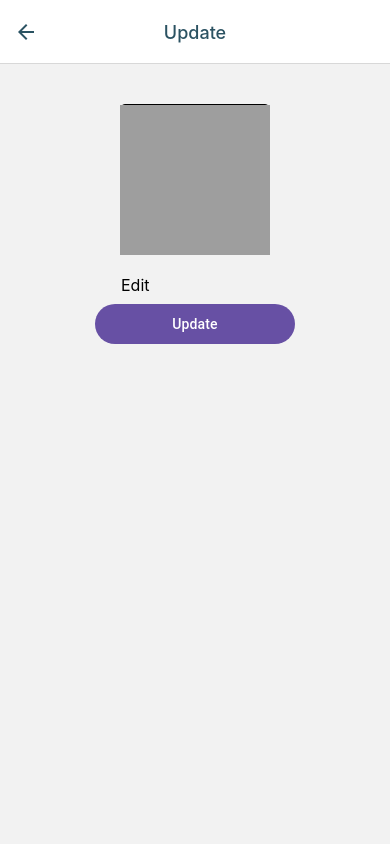
Repository: SaudCh/Expo-Pethub
Screen: /UpdateProfile
These files come from the project's save history. The screen is drawn as it stood at one moment and after the next save; the edit follows.
Pictures or frames that could not be fetched are drawn as grey boxes. The app was drawn by React Native's web renderer in a window 390 px wide. The project was rebuilt for these pictures with package versions that can differ from the ones it lists, and the page was loaded fresh each time. Also part of the build but not shown: Screens/Signup.js, Screens/Home.js, Screens/Profile.js, Components/Avatar.js.

Above is the screen before, as saved 2022-11-15 00:32:09.

### App.js
import { StatusBar } from 'expo-status-bar';
import 'react-native-gesture-handler';
import { StyleSheet, Text, View } from 'react-native';
import { Provider as PaperProvider } from 'react-native-paper';
import AppNavigator from './Components/Navigator';

export default function App() {
  return (
    <PaperProvider>
      <AppNavigator />
    </PaperProvider>
  );
}

const styles = StyleSheet.create({
  container: {
    flex: 1,
    backgroundColor: '#fff',
    alignItems: 'center',
    justifyContent: 'center',
  },
});

### Components/Navigator.js
// In App.js in a new project

import * as React from 'react';
import { View, Text } from 'react-native';
import { NavigationContainer } from '@react-navigation/native';
import { createNativeStackNavigator } from '@react-navigation/native-stack';
import Login from '../Screens/Login';
import Signup from '../Screens/Signup';
import Home from '../Screens/Home';
import Profile from '../Screens/Profile';
import UpdateProfile from '../Screens/UpdateProfile';
import Avatar from './Avatar';

function HomeScreen() {
    return (
        <View style={{ flex: 1, alignItems: 'center', justifyContent: 'center' }}>
            <Text>Home Screen</Text>
        </View>
    );
}

const Stack = createNativeStackNavigator();

function AppNavigator() {
    return (
        <NavigationContainer>
            <Stack.Navigator>
                <Stack.Screen name="Login" component={Login} options={{
                    title: 'Login',
                    headerTintColor: "#2B5262",
                    headerTitleAlign: 'center'
                }} />

                <Stack.Screen name="Signup" component={Signup} options={{
                    title: 'Signup',
                    headerTintColor: "#2B5262",
                    headerTitleAlign: 'center'
                }} />

                <Stack.Screen name="Home" component={Home}
                    options={{
                        title: 'Home',
                        headerTintColor: "#2B5262",
                        headerTitleAlign: 'center',
                        headerRight: () => (
                            <Avatar />
                        )
                    }}
                />

                <Stack.Screen name="Profile" component={Profile} options={{
                    title: 'Profile',
                    headerTintColor: "#2B5262",
                    headerTitleAlign: 'center'
                }} />
                <Stack.Screen name="UpdateProfile" component={UpdateProfile} options={{
                    title: 'Update',
                    headerTintColor: "#2B5262",
                    headerTitleAlign: 'center',
                }} />

            </Stack.Navigator>
        </NavigationContainer>
    );
}

export default AppNavigator;

### Screens/Login.js
import { useNavigation } from "@react-navigation/native";
import React, { useState, useEffect } from "react";
import { View, Text, StyleSheet, ActivityIndicator, Alert } from 'react-native'
import { TextInput, Button } from "react-native-paper"

export default function Login() {

    const navigation = useNavigation()

    const [data, setData] = useState({
        email: '',
        password: ''
    })

    return (
        <View style={{ ...styles.body }}>
            <View style={{ ...styles.box }}>
                <View>
                    <TextInput
                        mode="outlined"
                        placeholder="Email"
                        style={{ marginBottom: 10 }}
                        value={data.email}
                        onChangeText={text => setData({ ...data, email: text })}
                    />
                </View>
                <View>
                    <TextInput
                        mode="outlined"
                        placeholder="Password"
                        value={data.password}
                        style={{ marginBottom: 10 }}
                        onChangeText={text => setData({ ...data, password: text })}
                        secureTextEntry
                    />
                </View>
                <View>
                    <Button mode="contained" onPress={() => navigation.replace('Home')} style={{ marginTop: 10 }} >
                        Login
                    </Button>

                    <Button onPress={() => navigation.navigate("Signup")} style={{ backgroundColor: 'transparent' }}>
                        <Text style={{ ...styles.bottomText }}>Switch to Signup</Text>
                    </Button>
                </View>
            </View>
        </View >
    );
}
const styles = StyleSheet.create({
    body: {
        flex: 1,
        alignItems: "center",
        justifyContent: 'center',
        backgroundColor: '#A9CCCF'
    },
    box: {
        shadowColor: "#000",
        shadowOffset: {
            width: 0,
            height: 3,
        },
        shadowOpacity: 0.27,
        shadowRadius: 4.65,
        elevation: 6,
        borderRadius: 10,

        backgroundColor: "#fff",
        padding: 20,
        width: 350
    },
    inputText: {
        fontWeight: 'bold'
    },
    bottomText: {
        fontSize: 16
    }
});

### Screens/UpdateProfile.js
import { Image, StyleSheet, Text, TouchableOpacity, View } from 'react-native'
import React from 'react'
import { Button } from 'react-native-paper'
import { useNavigation } from '@react-navigation/native';

export default function Profile() {
    const navigation = useNavigation();
    return (
        <View style={{ flex: 1, margin: 10 }}>
            <View style={{ alignSelf: 'center', marginTop: 30, width: 150, height: 150, borderWidth: 1, borderRadius: 5 }}>
                <Image
                    style={styles.image}
                    source={{
                        uri: 'https://www.pngarts.com/files/6/User-Avatar-in-Suit-PNG.png',
                    }}
                />
                <TouchableOpacity style={styles.editIcon}>
                    <Text style={{ fontSize: 16 }}>Edit</Text>
                </TouchableOpacity>
            </View>


            <Button onPress={() => navigation.goBack()} mode='contained' style={{ width: 200, alignSelf: 'center', marginTop: 50 }}>
                Update
            </Button>
        </View>
    )
}

const styles = StyleSheet.create({
    image: {
        width: 150,
        height: 150,
        alignSelf: 'center',
        marginBottom: 20,
        resizeMode: "cover"
    }

})

After the next save:
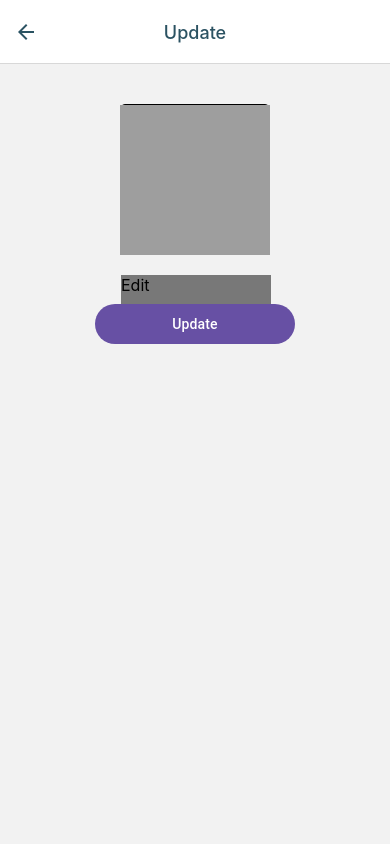
Saved 38 s later.
--- a/Screens/UpdateProfile.js
+++ b/Screens/UpdateProfile.js
@@ -34,6 +34,11 @@ const styles = StyleSheet.create({
         alignSelf: 'center',
         marginBottom: 20,
         resizeMode: "cover"
+    },
+    editIcon: {
+        width: 150,
+        height: 50,
+        backgroundColor: 'rgba(0,0,0,0.5)',
     }
 
 })
